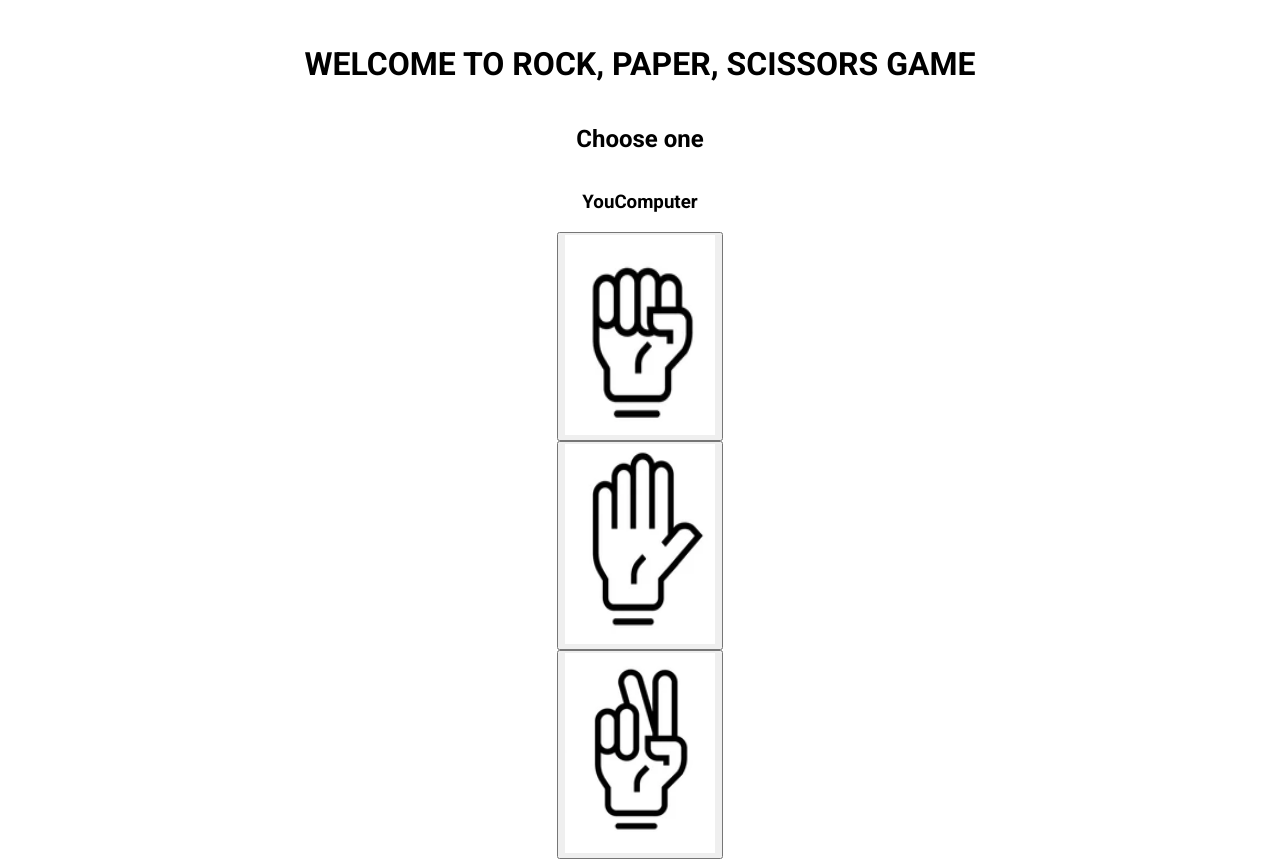
Repository: xhide341/rock_paper_scissor
Page: index.html
An editor plug-in stored every save of this project. The page is shown before and after the next save, followed by the edit.
The browser window is 1280 px wide. The pictures show the whole page.

Above is the page before, as saved 2024-06-21 19:12:26.

### index.html
<!DOCTYPE html>
<html lang="en">
<head>
    <meta charset="UTF-8">
    <meta name="viewport" content="width=device-width, initial-scale=1.0">
    <title>Document</title>
    <link rel="stylesheet" href="style.css">
    <script src="script.js"></script>
    <link rel="preconnect" href="https://fonts.googleapis.com">
    <link rel="preconnect" href="https://fonts.gstatic.com" crossorigin>
    <link href="https://fonts.googleapis.com/css2?family=Roboto:ital,wght@0,100;0,300;0,400;0,500;0,700;0,900;1,100;1,300;1,400;1,500;1,700;1,900&display=swap" rel="stylesheet">
</head>
<body>
    <main>
        <h1>WELCOME TO ROCK, PAPER, SCISSORS GAME</h1>
        <div class="container">
            <h2>Choose one</h2>
            <div class="names">
                <h3>You</h3>
                <h3>Computer</h3>
            </div>
            <div class="image-container">
                <button class="rock">
                    <img src="./images/rock_icon.PNG" alt="Image of rock handsign" height="200px" width="150px">
                </button>
            </div>
            <div class="image-container">
                <button class="paper">
                    <img src="./images/paper_icon.PNG" alt="Image of paper handsign" height="200px" width="150px">
                </button>
            </div>
            <div class="image-container">
                <button class="scissor">
                    <img src="./images/scissor_icon.PNG" alt="Image of scissor handsign" height="200px" width="150px">
                </button>
            </div>
        </div>
    </main>

</body>
</html>

### style.css
body {
    height: 100vh;
    background: white;
    color: black;
    font-family: "Roboto", sans-serif;
    padding: 16px;
}

.roboto-regular {
    font-family: "Roboto", sans-serif;
    font-weight: 400;
    font-style: normal;
  }

.container {
    display: flex;
    justify-content: space-between;
    flex-direction: column;
    align-items: center;
}

.names {
    display: flex;
    flex-direction: row;
    justify-content: space-between;
}

h1 {
    display: flex;
    justify-content: center;
}

### script.js
// PROMPT user to choose between rock, paper, and scissor
// IF user is done choosing, THEN
// GENERATE random element between rock, paper, and scissor
// IF user element beats computer element, THEN
// add point to user, ELSE
// add point to computer


function getComputerChoice() {
    let computerChoice = Math.floor(Math.random() * 3);
    if (computerChoice === 1) {
        return "rock";
    } else if (computerChoice === 2) {
        return "paper";
    } else {
        return "scissor";
    }
}

function getHumanChoice() {
    let humanChoice = prompt("What is your choice?");
    humanChoice.toLowerCase();
    if (humanChoice === "rock") {
        return "rock";
    } else if (humanChoice === "paper") {
        return "paper";
    } else {
        return "scissor";
    }
}

function playRound(computerSelection, humanSelection) {
    if (computerSelection > humanSelection) {
        alert("Computer wins the round!");
        return "computer";
    } else if (computerSelection < humanSelection) {
        alert("Human wins the round!");
        return "human";
    } else {
        alert("Tie!");
        return "tie";
    }
}

function playGame() {
    let computer = 0; human = 0, tie = 0;
    for (let i = 1; i <= 5; i++) {
        alert("Round " + i);
        let roundWinner = playRound(getComputerChoice(), getHumanChoice());
        if (roundWinner === "computer") {
            computer++;
        } else if (roundWinner === "human") {
            human++;
        } else {
            tie++;
        }
    }

    if (computer > human) {
        alert("Computer wins the game!");
    } else if (computer < human) {
        alert("Human wins the game!");
    } else {
        alert("It's a tie!");
    }
}

After the next save:
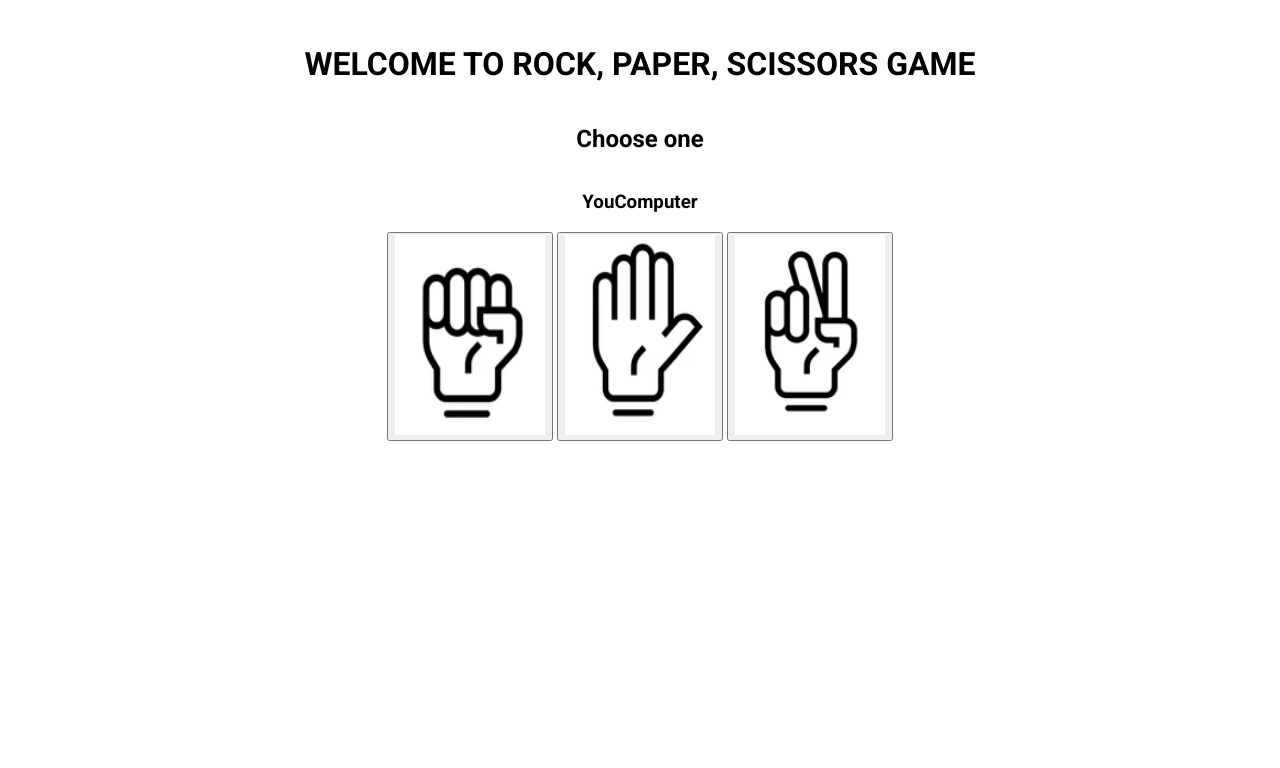
Saved 70 s later.
--- a/index.html
+++ b/index.html
@@ -19,17 +19,14 @@
                 <h3>You</h3>
                 <h3>Computer</h3>
             </div>
-            <div class="image-container">
+
+            <div class="choices">
                 <button class="rock">
                     <img src="./images/rock_icon.PNG" alt="Image of rock handsign" height="200px" width="150px">
                 </button>
-            </div>
-            <div class="image-container">
                 <button class="paper">
                     <img src="./images/paper_icon.PNG" alt="Image of paper handsign" height="200px" width="150px">
                 </button>
-            </div>
-            <div class="image-container">
                 <button class="scissor">
                     <img src="./images/scissor_icon.PNG" alt="Image of scissor handsign" height="200px" width="150px">
                 </button>
